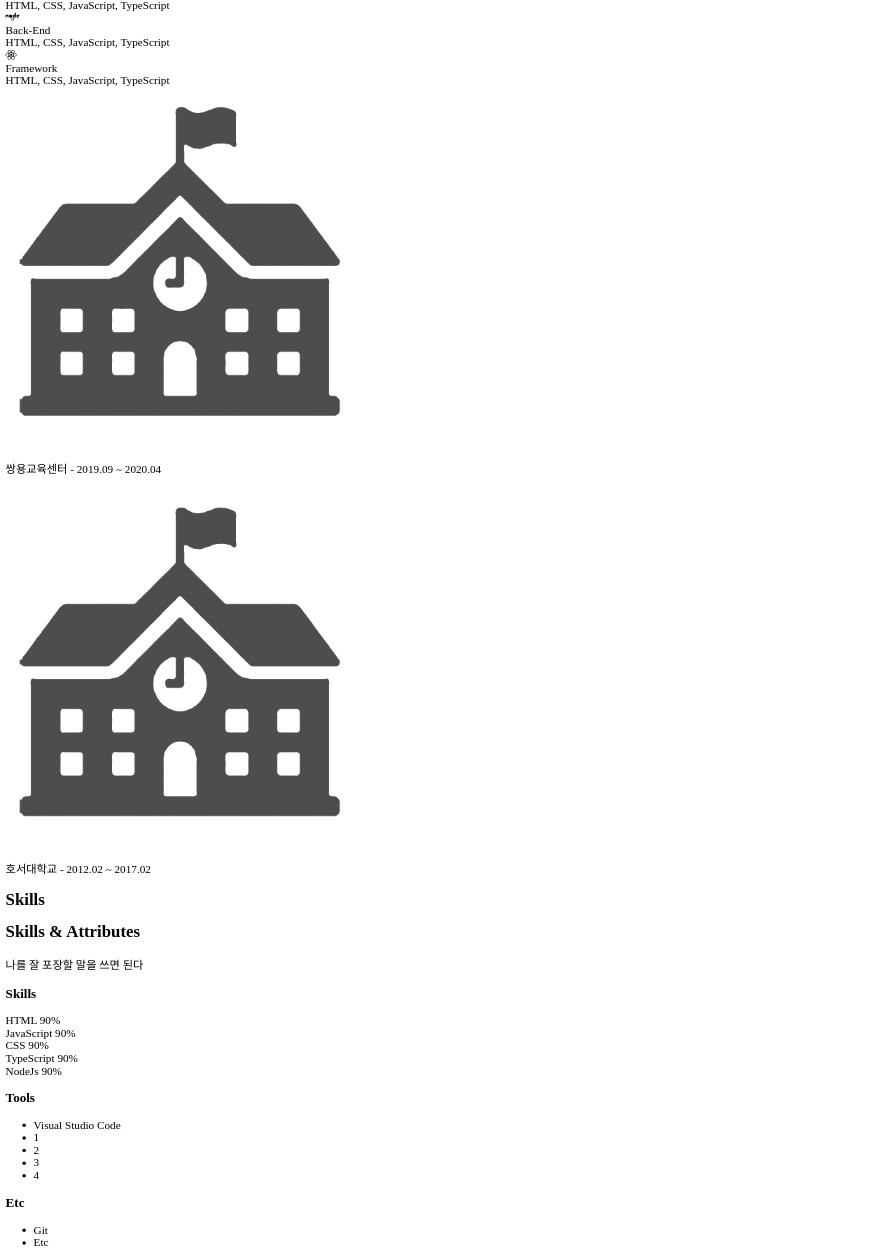
Repository: DevMinwoo-Jung/MinwooPortfolio
Page: index.html
An editor plug-in stored every save of this project. The page is shown before and after the next save, followed by the edit.
The browser window is 1280 px wide. The pictures show the part of the page from y = 1693 to 3613 px (the page is 3493 px tall before and 3613 px after), at 70% of full size.

Above is the page before, as saved 2021-05-28 10:42:34.

### index.html
<!DOCTYPE html>
<html lang="en">
<head>
  <meta charset="UTF-8">
  <meta http-equiv="X-UA-Compatible" content="IE=edge">
  <meta name="viewport" content="width=device-width, initial-scale=1.0">
  <title>Minwoo's Portfolio</title>
  <meta name="description" content="(will be) world-renowned Front-End Web developer Minwoo">
  <meta name="author" content= "Minwoo Jung">
  <link rel="icon" type ="image/png" href="imgs/favicon.png">
  <link rel="stylesheet" href="https://use.fontawesome.com/releases/v5.15.3/css/all.css" integrity="sha384-SZXxX4whJ79/gErwcOYf+zWLeJdY/qpuqC4cAa9rOGUstPomtqpuNWT9wdPEn2fk" crossorigin="anonymous">
  <link rel="preconnect" href="https://fonts.gstatic.com">
<link href="https://fonts.googleapis.com/css2?family=Open+Sans:wght@400;600;700&display=swap" rel="stylesheet">
<link rel="stylesheet" href="style.css">
<script src="main.js" defer></script>
</head>
<body>
  <!-- Navbar -->
  <nav id="navbar">
    <div class="navbar__logo">
      <img src="imgs/favicon.png" alt="">
      <a href="#">Minwoo</a>
    </div>
      <ul class="nvabar__menu">
        <li class="navbar__menu__item">Home</li>
        <li class="navbar__menu__item">About</li>
        <li class="navbar__menu__item">Skills</li>
        <li class="navbar__menu__item">My work</li>
        <li class="navbar__menu__item">Testimonial</li>
        <li class="navbar__menu__item">Contact</li>
      </ul>
  </nav>
  <!-- Home -->
  <section id="home">
    <img src="imgs/myPhoto.jpg" alt="Minwoo's profile photo" class="home__avatar">
    <h1 class="home__title">반갑습니다. <br> 프론트엔드 개발자 정민우입니다.</h1>
    <h2 class="home__description">멈추지 않는 개발자로 살아가고싶습니다.</h2>
    <button class="home__contact">Contact Me</button>
  </section>
  <!-- About -->
  <section id="about">
    <h1>About me</h1>
    <p>나를 나타내는 문장 문장 장문 문에 있는 고추장</p>
    <div class="about__majors">
      <div class="major">
        <div class="major__icon">
          <i class="fab fa-js-square"></i>
        </div>
        <div class="major__title">Front-End</div>
        <div class="major__description">
          HTML, CSS, JavaScript, TypeScript
        </div>
      </div>
      <div class="major">
        <div class="major__icon">
          <i class="fab fa-node"></i>
        </div>
        <div class="major__title">Back-End</div>
        <div class="major__description">
          HTML, CSS, JavaScript, TypeScript
        </div>
      </div>
      <div class="major">
        <div class="major__icon">
          <i class="fab fa-react"></i>
        </div>
        <div class="major__title">Framework</div>
        <div class="major__description">
          HTML, CSS, JavaScript, TypeScript
        </div>
      </div>
    </div>
    <div class="aoubt__jobs">
      <img src="imgs/school.png" alt="" class="job__logo">
      <p class="job__period">쌍용교육센터 - 2019.09 ~ 2020.04</p>
      <img src="imgs/school.png" alt="" class="job__logo">
      <p class="job__period">호서대학교 - 2012.02 ~ 2017.02</p>
    </div>



  </section>
  <!-- Skills -->
  <section id="skills">
    <h1>Skills</h1>
    <h2>Skills & Attributes</h2>
    <p>
      나를 잘 포장할 말을 쓰면 된다
    </p>
    <div class="skillset">
      <div class="skillset__left">
        <h3 class="skillset__title">Skills</h3>
        <div class="skill">
          <div class="skill__description">
            <span>HTML</span>
            <span>90%</span>
          </div>
          <div class="skill__bar">
            <div class="skill__value"></div>
          </div>
        </div>
        <div class="skill">
          <div class="skill__description">
            <span>JavaScript</span>
            <span>90%</span>
          </div>
          <div class="skill__bar">
            <div class="skill__value"></div>
          </div>
        </div>
        <div class="skill">
          <div class="skill__description">
            <span>CSS</span>
            <span>90%</span>
          </div>
          <div class="skill__bar">
            <div class="skill__value"></div>
          </div>
        </div>
        <div class="skill">
          <div class="skill__description">
            <span>TypeScript</span>
            <span>90%</span>
          </div>
          <div class="skill__bar">
            <div class="skill__value"></div>
          </div>
        </div>
        <div class="skill">
          <div class="skill__description">
            <span>NodeJs</span>
            <span>90%</span>
          </div>
          <div class="skill__bar">
            <div class="skill__value"></div>
          </div>
        </div>
      </div>
      <div class="skillset__right">
        <div class="tools">
          <h3 class="skillset__title">Tools</h3>
          <ul class="tools__list">
            <li><span>Visual Studio Code</span></li>
            <li><span>1</span></li>
            <li><span>2</span></li>
            <li><span>3</span></li>
            <li><span>4</span></li>
          </ul>
        </div>
        <div class="etc">
          <h3 class="skillset__title">Etc</h3>
          <ul class="etc__list">
            <li><span>Git</span></li>
            <li><span>Etc</span></li>
          </ul>
        </div>
      </div>
    </div>
  </section>
  <!-- Work -->
  <section id="work"></section>
  <!-- Testimonials -->
  <section id="testimonials"></section>
  <!-- Contact -->
  <section id="contact"></section>
</body>
</html>

Loaded but not shown: main.js (no copy from this time; the picture is the same without it); style.css (no copy from this time; the picture is the same without it)

After the next save:
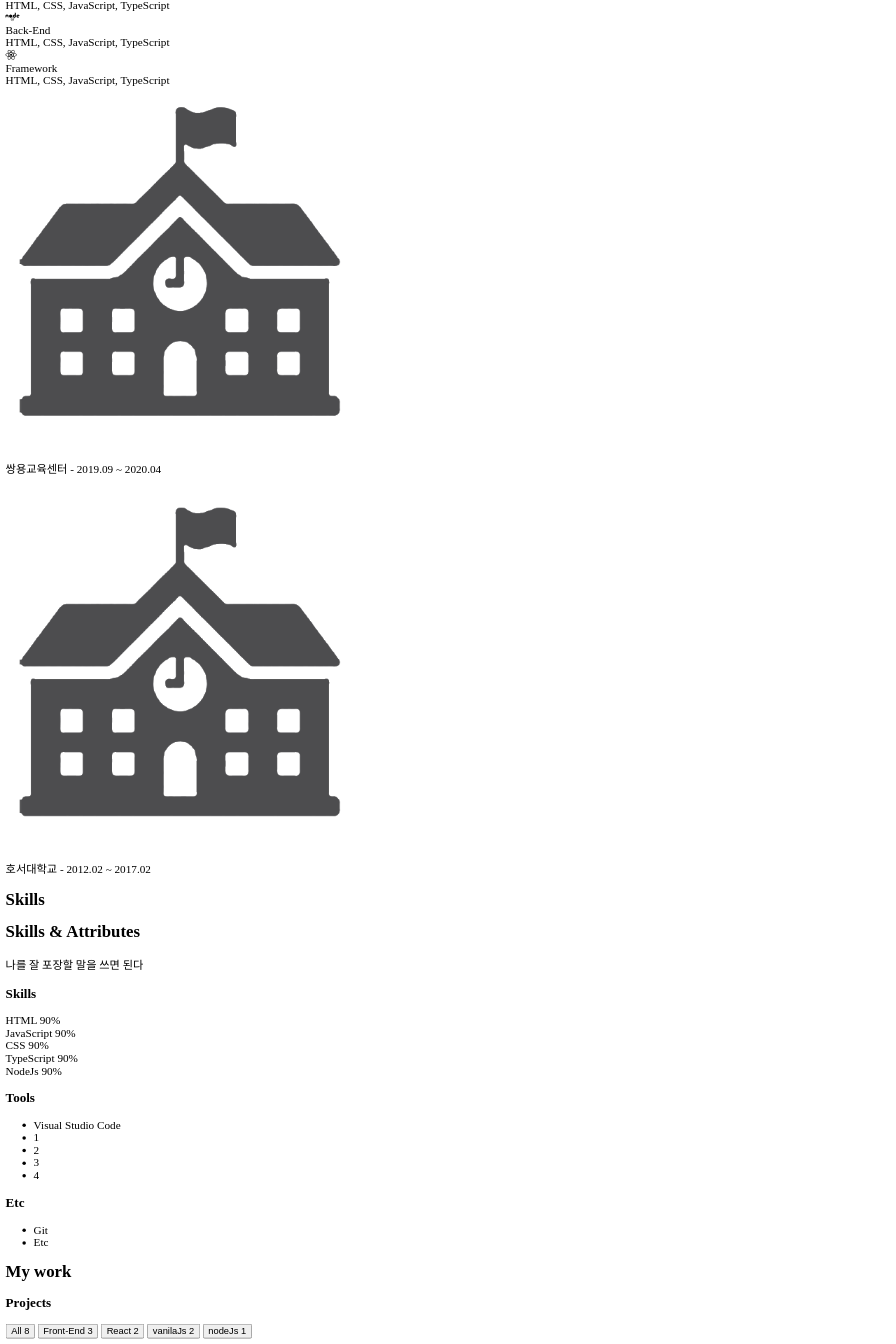
Saved 14 min 42 s later.
--- a/index.html
+++ b/index.html
@@ -158,7 +158,18 @@
     </div>
   </section>
   <!-- Work -->
-  <section id="work"></section>
+  <section id="work">
+    <h1>My work</h1>
+    <h3>Projects</h3>
+    <div class="work__categories">
+      <button class="category__btn">All <span class="category__count">8</span></button>
+      <button class="category__btn">Front-End <span class="category__count">3</span></button>
+      <button class="category__btn">React <span class="category__count">2</span></button>
+      <button class="category__btn">vanilaJs <span class="category__count">2</span></button>
+      <button class="category__btn">nodeJs <span class="category__count">1</span></button>
+
+    </div>
+  </section>
   <!-- Testimonials -->
   <section id="testimonials"></section>
   <!-- Contact -->
